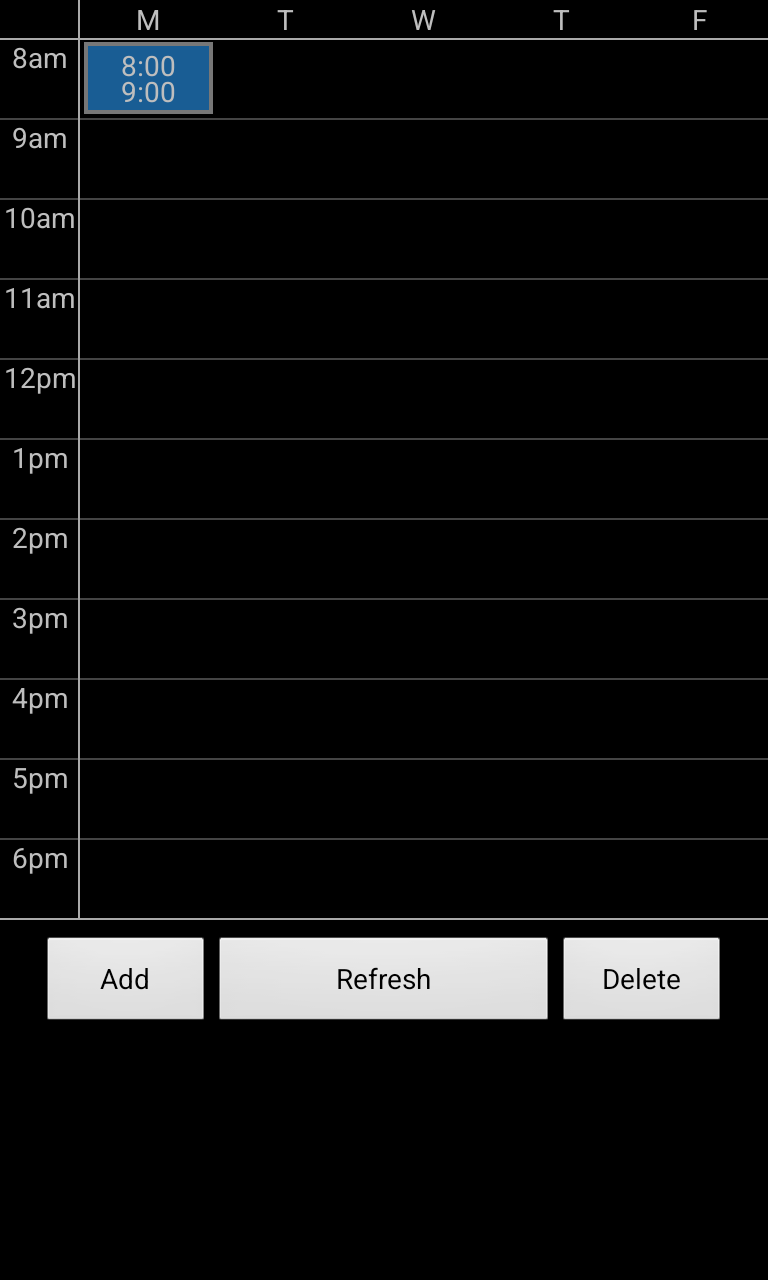
Repository: appsfactory/OfficeHours
Layout: OfficeHoursClient/res/layout/activity_schedule_view.xml
These files come from the project's save history. The layout is drawn as it stood at one moment and after the next save; the edit follows.
It is drawn on a 768 x 1280 px phone screen (xhdpi) without system bars, with theme AppTheme; the app's code is not run.

Above is the layout before, as saved 2012-09-27 18:14:04.

After the next save:
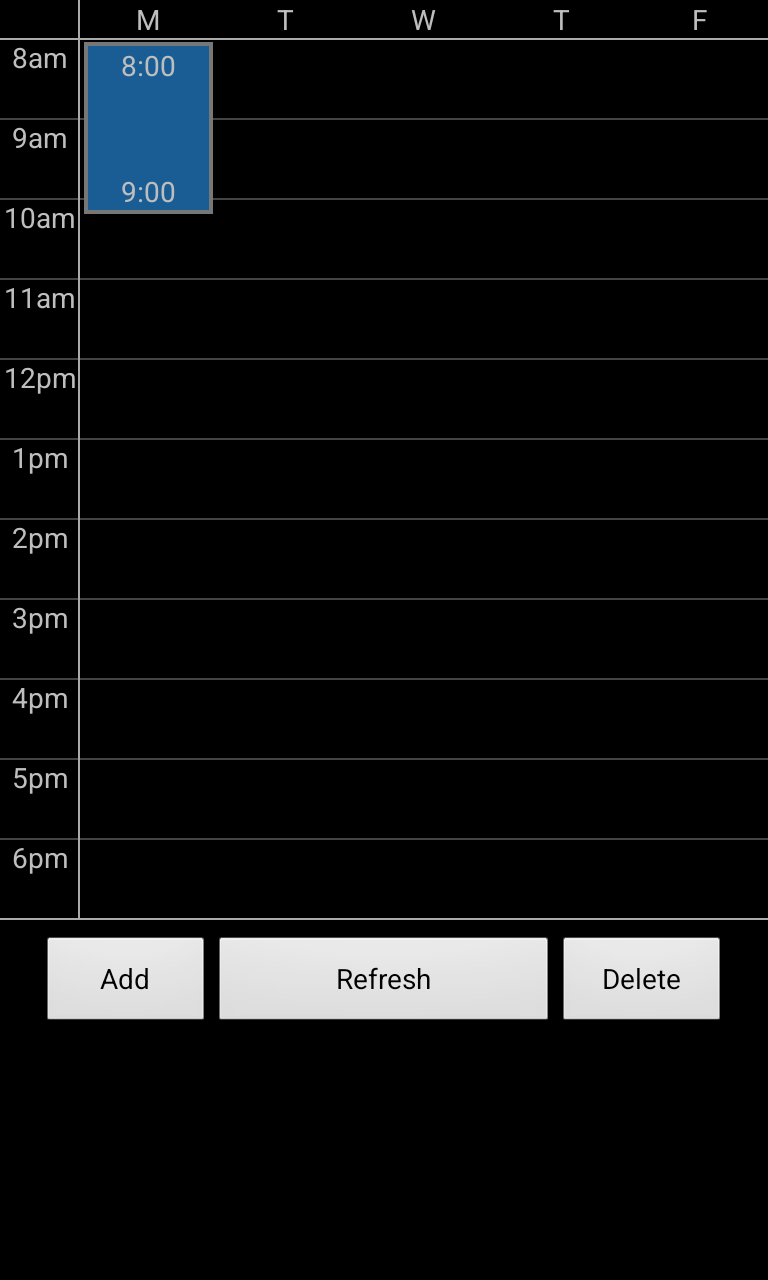
Saved 13 s later.
--- a/OfficeHoursClient/res/layout/activity_schedule_view.xml
+++ b/OfficeHoursClient/res/layout/activity_schedule_view.xml
@@ -237,10 +237,10 @@
                             android:layout_height="match_parent"
                             android:layout_weight="1" >
 
-							<View android:background="#777" android:layout_width = "fill_parent" android:layout_height="36dp" android:layout_margin="2dp" />
+							<View android:background="#777" android:layout_width = "fill_parent" android:layout_height="86dp" android:layout_margin="2dp" />
 							<RelativeLayout
 							     android:layout_width="fill_parent"
-							    android:layout_height="32dp"
+							    android:layout_height="82dp"
 							    android:layout_margin="4dp"
 							    android:background="#195D94">
 							    <TextView
